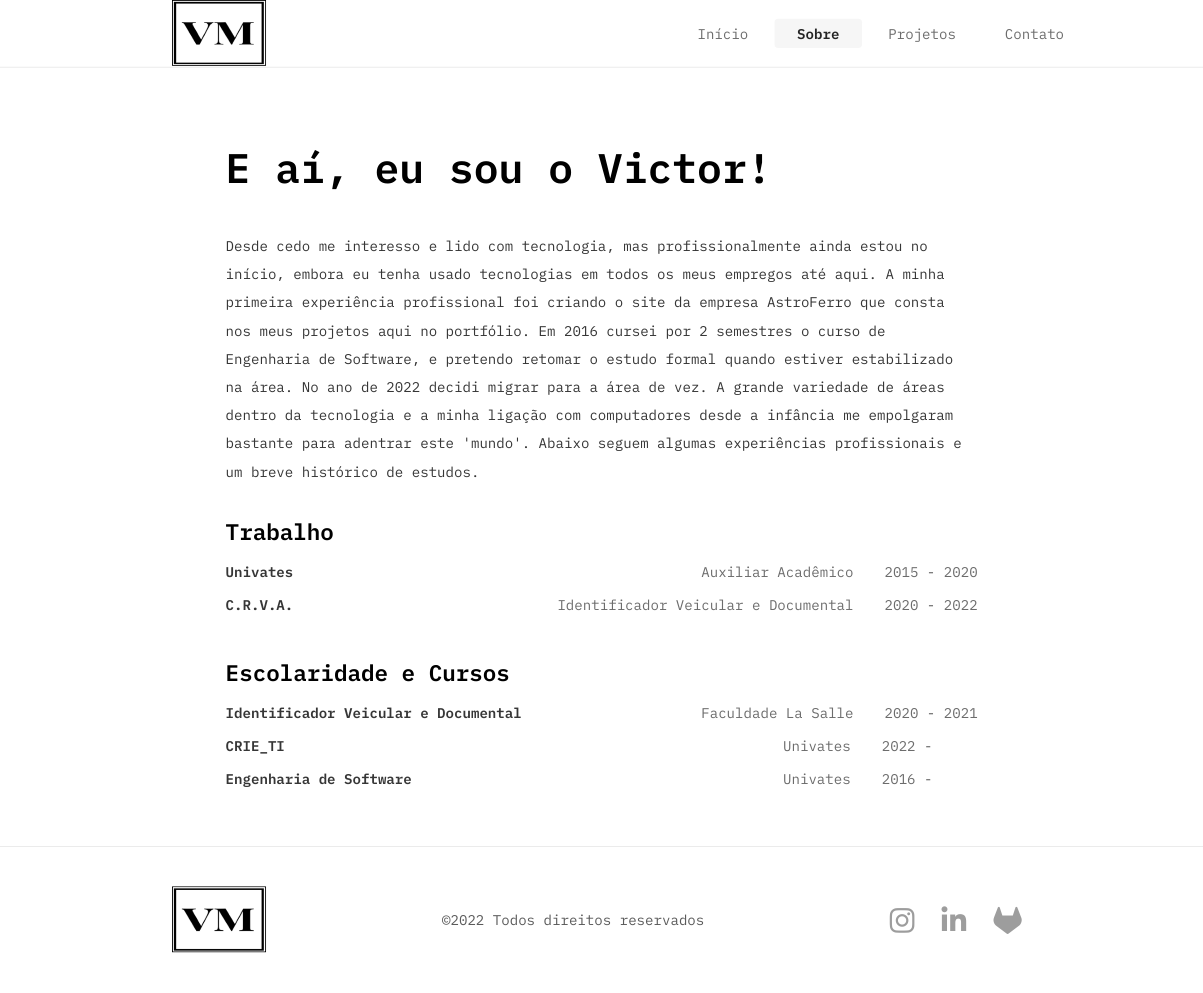
Repository: viictormatias/viictormatias.github.io
Page: about.html
An editor plug-in stored every save of this project. The page is shown before and after the next save, followed by the edit.
The browser window is 1280 px wide. The pictures show the whole page, at 94% of full size.
Some web libraries are served in a nearby version.

Above is the page before, as saved 2023-02-15 17:19:34.

After the next save:
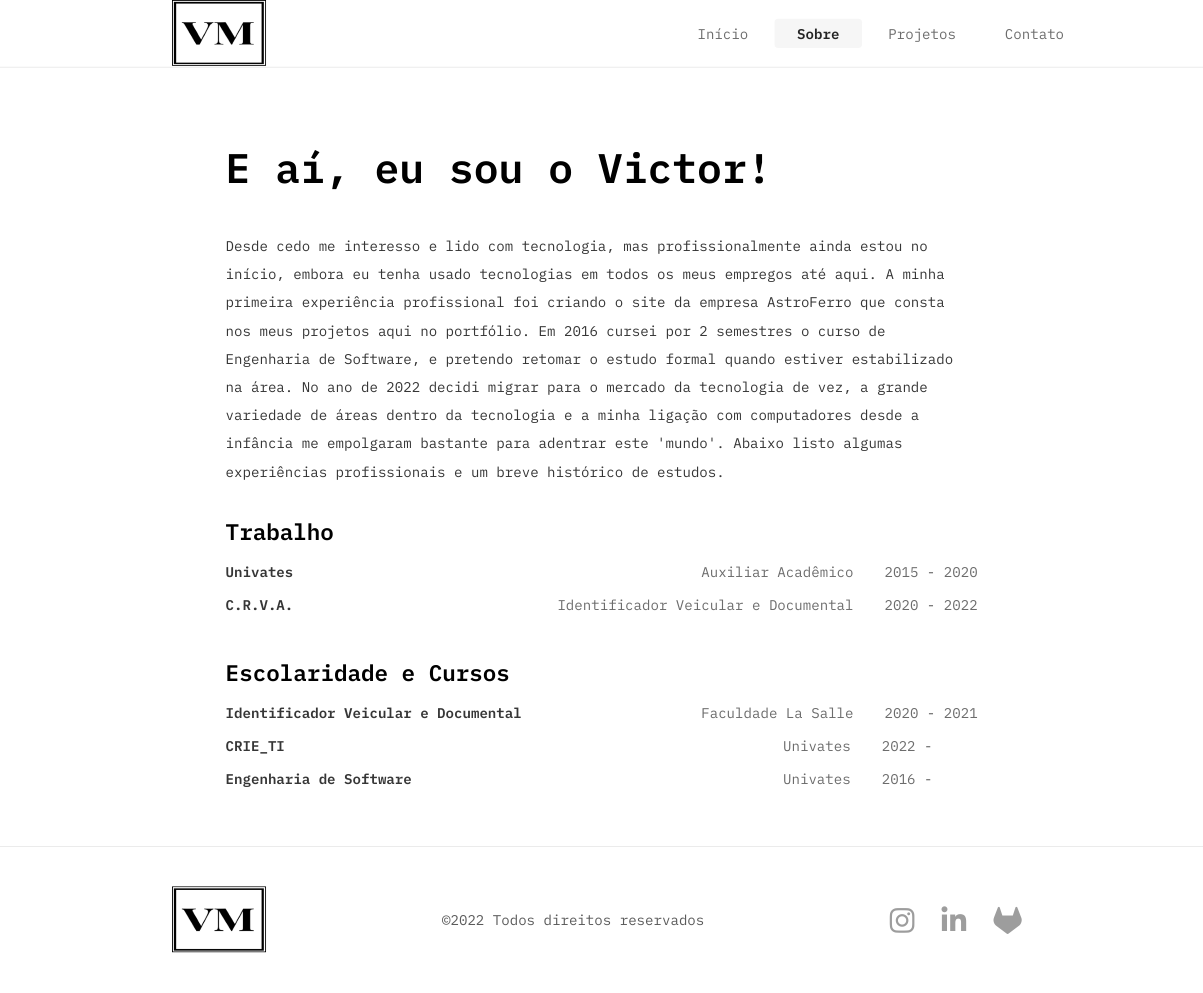
Saved 81 s later.
--- a/about.html
+++ b/about.html
@@ -46,7 +46,7 @@
 
     <section class="about__page">
         <h1 class="about__title">E aí, eu sou o Victor!</h1>
-        <p class="about__text">Desde cedo me interesso e lido com tecnologia, mas profissionalmente ainda estou no início, embora eu tenha usado tecnologias em todos os meus empregos até aqui. A minha primeira experiência profissional foi criando o site da empresa AstroFerro que consta nos meus projetos aqui no portfólio. Em 2016 cursei por 2 semestres o curso de Engenharia de Software, e pretendo retomar o estudo formal quando estiver estabilizado na área. No ano de 2022 decidi migrar para a área de vez. A grande variedade de áreas dentro da tecnologia e a minha ligação com computadores desde a infância me empolgaram bastante para adentrar este 'mundo'. Abaixo seguem algumas experiências profissionais e um breve histórico de estudos.</p>
+        <p class="about__text">Desde cedo me interesso e lido com tecnologia, mas profissionalmente ainda estou no início, embora eu tenha usado tecnologias em todos os meus empregos até aqui. A minha primeira experiência profissional foi criando o site da empresa AstroFerro que consta nos meus projetos aqui no portfólio. Em 2016 cursei por 2 semestres o curso de Engenharia de Software, e pretendo retomar o estudo formal quando estiver estabilizado na área. No ano de 2022 decidi migrar para o mercado da tecnologia de vez, a grande variedade de áreas dentro da tecnologia e a minha ligação com computadores desde a infância me empolgaram bastante para adentrar este 'mundo'. Abaixo listo algumas experiências profissionais e um breve histórico de estudos.</p>
     </section>
 
     <section class="footer__about">
